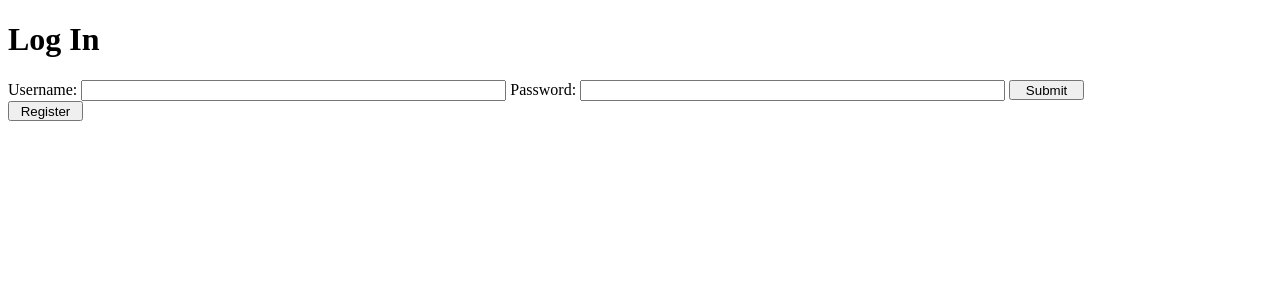
Repository: HamdanM/DatabaseProject
Page: http://localhost/DB3/
An editor plug-in stored every save of this project. The page is shown before and after the next save, followed by the edit.
The browser window is 1280 px wide. The pictures show the whole page.
The page is served by Tomcat 9.

Above is the page before, as saved 2019-07-25 16:18:50.

After the next save:
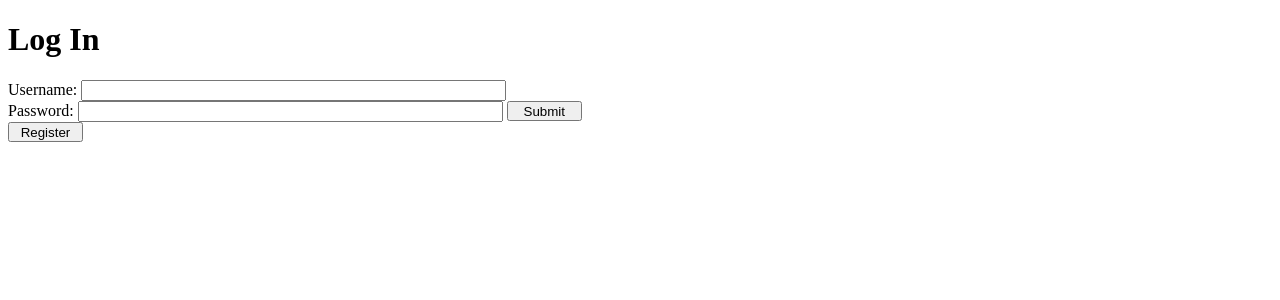
Saved 34 s later.
--- a/DB3/WebContent/login.jsp
+++ b/DB3/WebContent/login.jsp
@@ -18,7 +18,7 @@
                     type="text" name="username"
                     size="50" maxlength="70" />
 
-        <label>Password: </label> <input
+       <br> <label>Password: </label> <input
                     type="password" name="password"
                     size="50" maxlength="70" />
 
